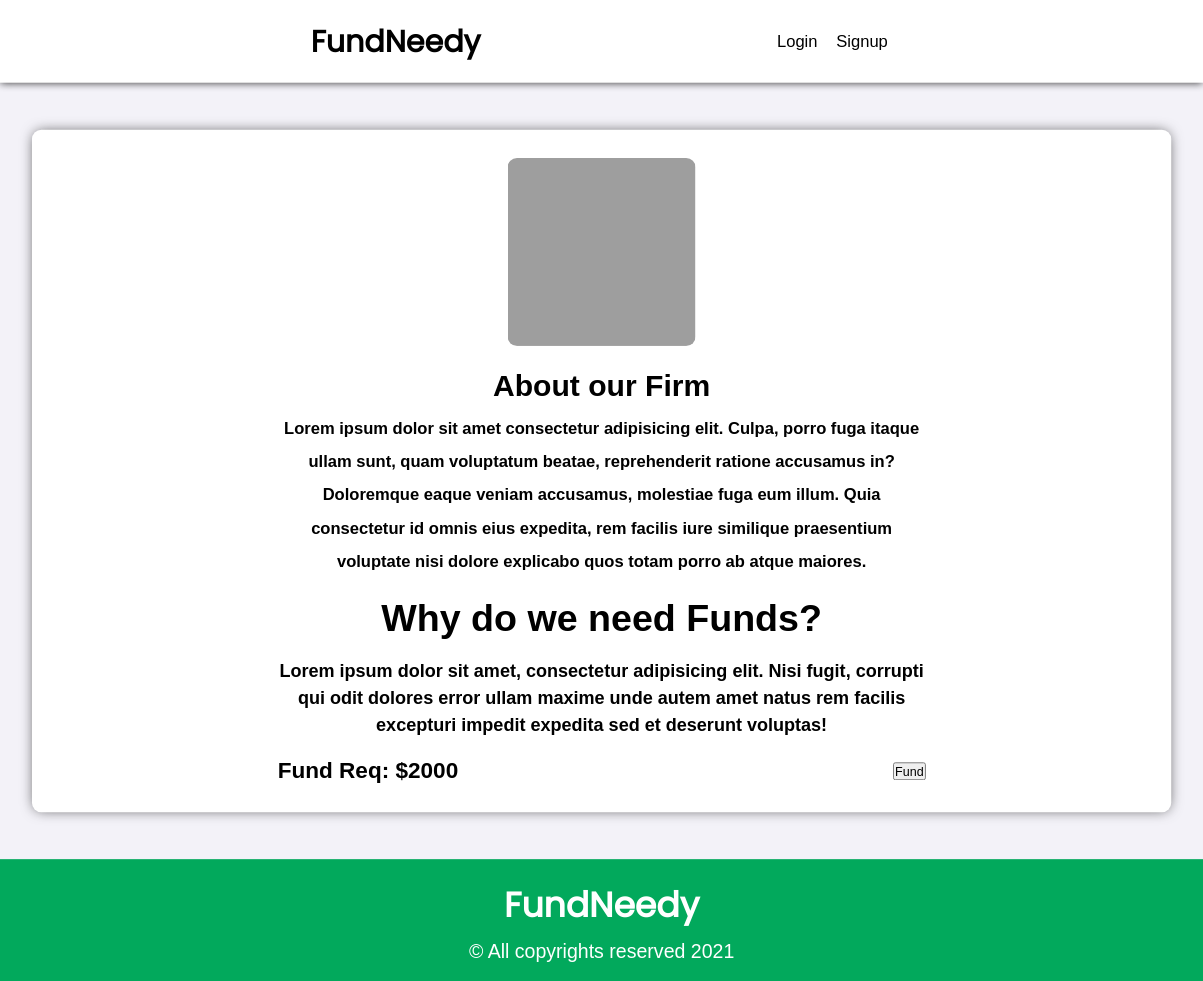
Repository: osdc/codejam
Page: /firmname (app in sassy-sandwiches/fund-needy/)
These files come from the project's save history. The page is drawn as it stood at one moment and after the next save; the edit follows.
The browser window is 1280 px wide. The pictures show the whole page, at 94% of full size.
Pictures or frames that could not be fetched are drawn as grey boxes. The project was rebuilt for these pictures with package versions that can differ from the ones it lists, and the page was loaded fresh each time. Also part of the build but not shown: sassy-sandwiches/fund-needy/src/Showcase.css, sassy-sandwiches/fund-needy/src/Showcase.js, sassy-sandwiches/fund-needy/src/Needies.css, sassy-sandwiches/fund-needy/src/Needy.css, sassy-sandwiches/fund-needy/src/Needy.js, sassy-sandwiches/fund-needy/src/Needies.js.

Above is the page before, as saved 2021-01-09 22:24:50.

### sassy-sandwiches/fund-needy/public/index.html
<!DOCTYPE html>
<html lang="en">
  <head>
    <meta charset="utf-8" />
    <link rel="icon" href="%PUBLIC_URL%/favicon.ico" />
    <meta name="viewport" content="width=device-width, initial-scale=1" />
    <meta name="theme-color" content="#000000" />
    <meta
      name="description"
      content="Web site created using create-react-app"
    />
    <link rel="apple-touch-icon" href="%PUBLIC_URL%/logo192.png" />
    <link rel="manifest" href="%PUBLIC_URL%/manifest.json" />
    <title>FundNeedy</title>
  </head>
  <body>
    <noscript>You need to enable JavaScript to run this app.</noscript>
    <div id="root"></div>
  </body>
</html>

### sassy-sandwiches/fund-needy/src/App.js
import React from "react";
import "./App.css";
import Navbar from "./Navbar";
import Showcase from "./Showcase";
import Needies from "./Needies";
import Footer from "./Footer";
import { BrowserRouter as Router, Route, Switch } from "react-router-dom";
import FirmFund from "./FirmFund";

function App() {
  return (
    <div className="App">
      <Router>
        <Navbar />
        <Switch>
          <Route exact path="/" component={Showcase} />
          <Route path="/needies" component={Needies} />
          <Route path="/firmname" component={FirmFund} />
        </Switch>
        <Footer />
      </Router>
    </div>
  );
}

export default App;

### sassy-sandwiches/fund-needy/src/App.css
* {
  margin: 0;
  padding: 0;
  font-family: Arial, Helvetica, sans-serif;
}

body {
  background-color: #f3f2f8;
}

### sassy-sandwiches/fund-needy/src/Navbar.js
import React from "react";
import "./Navbar.css";

function Navbar() {
  return (
    <div className="navbar">
      <div className="navbar_logo">
        <h1>FundNeedy</h1>
      </div>
      <div className="navbar_login_signup">
        <button>Login</button>
        <button>Signup</button>
      </div>
    </div>
  );
}

export default Navbar;

### sassy-sandwiches/fund-needy/src/Footer.js
import React from "react";
import "./Footer.css";

function Footer() {
  return (
    <div className="footer">
      <h1>FundNeedy</h1>
      <p>© All copyrights reserved 2021</p>
    </div>
  );
}

export default Footer;

### sassy-sandwiches/fund-needy/src/FirmFund.js
import React from "react";
import "./FirmFund.css";

function FirmFund() {
  return (
    <div className="firmFund">
      <div className="firmFund_image">
        <img
          src="https://i.pinimg.com/originals/ba/fc/15/bafc1525cef9606c5c064694ca8e60fb.jpg"
          alt=""
        />
      </div>
      <div className="firmFund_about">
        <h2>About our Firm</h2>
        <p>
          Lorem ipsum dolor sit amet consectetur adipisicing elit. Culpa, porro
          fuga itaque ullam sunt, quam voluptatum beatae, reprehenderit ratione
          accusamus in? Doloremque eaque veniam accusamus, molestiae fuga eum
          illum. Quia consectetur id omnis eius expedita, rem facilis iure
          similique praesentium voluptate nisi dolore explicabo quos totam porro
          ab atque maiores.
        </p>
      </div>
      <div className="firmFund_need">
        <h2>Why do we need Funds?</h2>
        <p>
          Lorem ipsum dolor sit amet, consectetur adipisicing elit. Nisi fugit,
          corrupti qui odit dolores error ullam maxime unde autem amet natus rem
          facilis excepturi impedit expedita sed et deserunt voluptas!
        </p>
      </div>
      <div className="firmFund_fund">
        <h2>Fund Req: $2000</h2>
        <button>Fund</button>
      </div>
    </div>
  );
}

export default FirmFund;

### sassy-sandwiches/fund-needy/src/Navbar.css
@import url("https://fonts.googleapis.com/css2?family=Poppins&display=swap");

.navbar {
  display: flex;
  align-items: center;
  justify-content: space-evenly;
  padding: 20px;
  -webkit-box-shadow: 0px 1px 8px 0px rgba(0, 0, 0, 0.75);
  -moz-box-shadow: 0px 1px 8px 0px rgba(0, 0, 0, 0.75);
  box-shadow: 0px 1px 8px 0px rgba(0, 0, 0, 0.75);
  background-color: #fff;
  /* position: sticky; */
  top: 0;
  z-index: 10000;
}

.navbar_logo > h1 {
  font-family: "Poppins", sans-serif;
}

.navbar_login_signup {
  display: flex;
  align-items: center;
  justify-content: space-between;
}

.navbar_login_signup > button:nth-of-type(1) {
  margin-right: 10px;
}

.navbar_login_signup > button {
  padding: 5px;
  font-size: 1.1rem;
  outline: none;
  border: none;
  background-color: #fff;
  cursor: pointer;
  width: 100%;
}

### sassy-sandwiches/fund-needy/src/Footer.css
.footer {
  text-align: center;
  background-color: #02a95c;
  color: #fff;
  padding: 20px;
}

.footer > h1 {
  font-size: 2.3rem;
  font-family: "Poppins";
}

.footer > p {
  font-size: 1.3rem;
  font-weight: 400;
  margin-top: 10px;
}

### sassy-sandwiches/fund-needy/src/FirmFund.css
.firmFund {
  text-align: center;
  background-color: #fff;
  padding: 30px;
  width: 90%;
  margin: auto;
  margin-top: 50px;
  margin-bottom: 50px;
  border-radius: 10px;
  -webkit-box-shadow: 0px 0px 15px -3px rgba(0, 0, 0, 0.75);
  -moz-box-shadow: 0px 0px 15px -3px rgba(0, 0, 0, 0.75);
  box-shadow: 0px 0px 15px -3px rgba(0, 0, 0, 0.75);
}

.firmFund_image > img {
  height: 200px;
  width: 200px;
  border-radius: 10px;
}

.firmFund_about > h2 {
  font-size: 2rem;
  margin-top: 20px;
}

.firmFund_about > p {
  width: 60%;
  margin: auto;
  font-size: 1.1rem;
  font-weight: 600;
  margin-top: 10px;
  margin-bottom: 10px;
  line-height: 2;
}

.firmFund_need > h2 {
  font-size: 2.5rem;
  margin-top: 20px;
}

.firmFund_need > p {
  width: 60%;
  margin: auto;
  margin-top: 20px;
  margin-bottom: 20px;
  font-size: 1.2rem;
  font-weight: 700;
  line-height: 1.5;
}

.firmFund_fund {
  display: flex;
  align-items: center;
  justify-content: space-around;
}

Loaded but not shown: sassy-sandwiches/fund-needy/src/index.js (common file); sassy-sandwiches/fund-needy/src/index.css (common file)

After the next save:
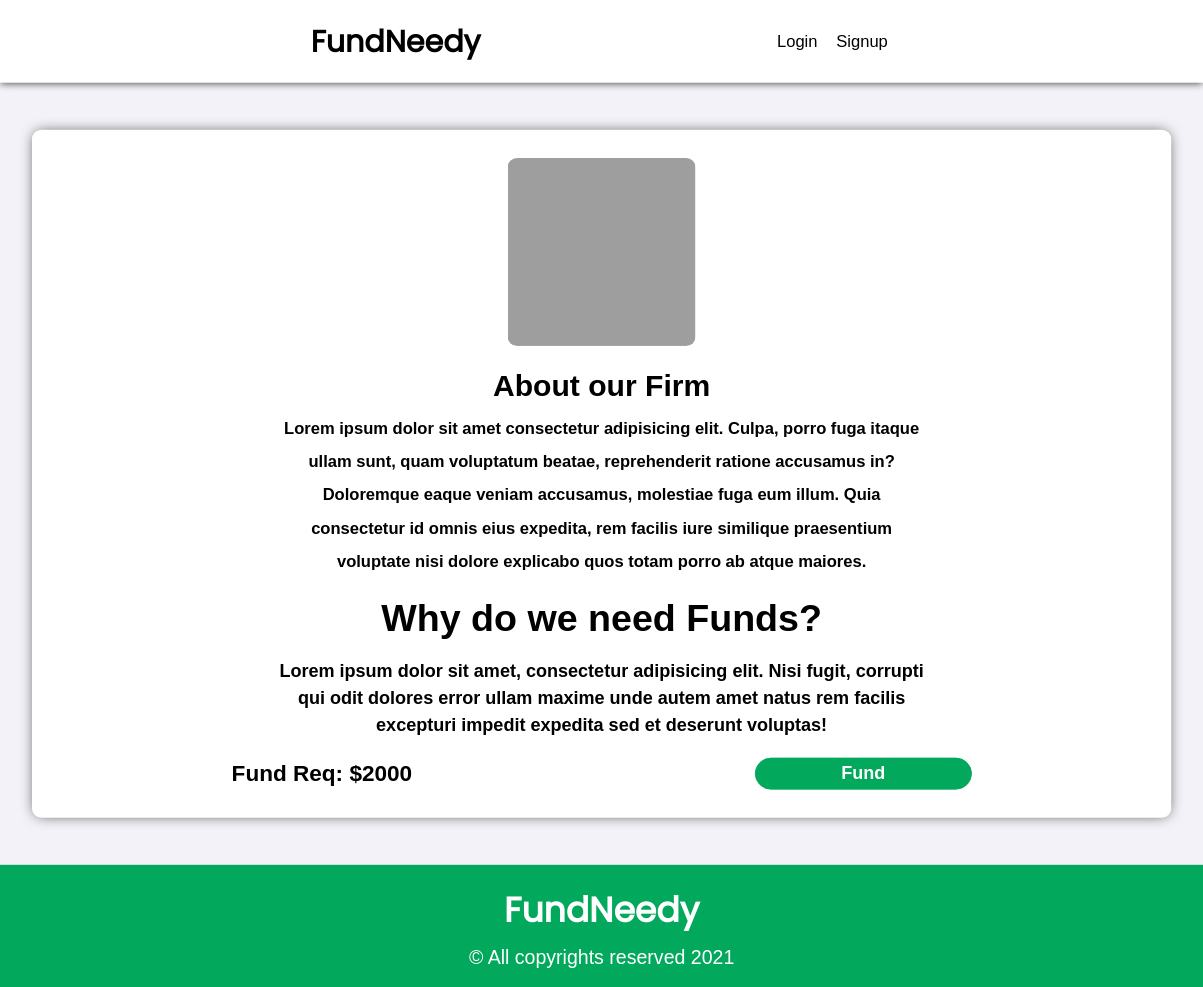
Saved 30 s later.
--- a/sassy-sandwiches/fund-needy/src/FirmFund.css
+++ b/sassy-sandwiches/fund-needy/src/FirmFund.css
@@ -53,3 +53,16 @@
   align-items: center;
   justify-content: space-around;
 }
+
+.firmFund_fund > button {
+  font-size: 1.2rem;
+  width: 20%;
+  border-radius: 30px;
+  outline: none;
+  background-color: #02a95c;
+  color: #fff;
+  font-weight: 700;
+  padding: 5px;
+  border: 1px solid #02a95c;
+  cursor: pointer;
+}
